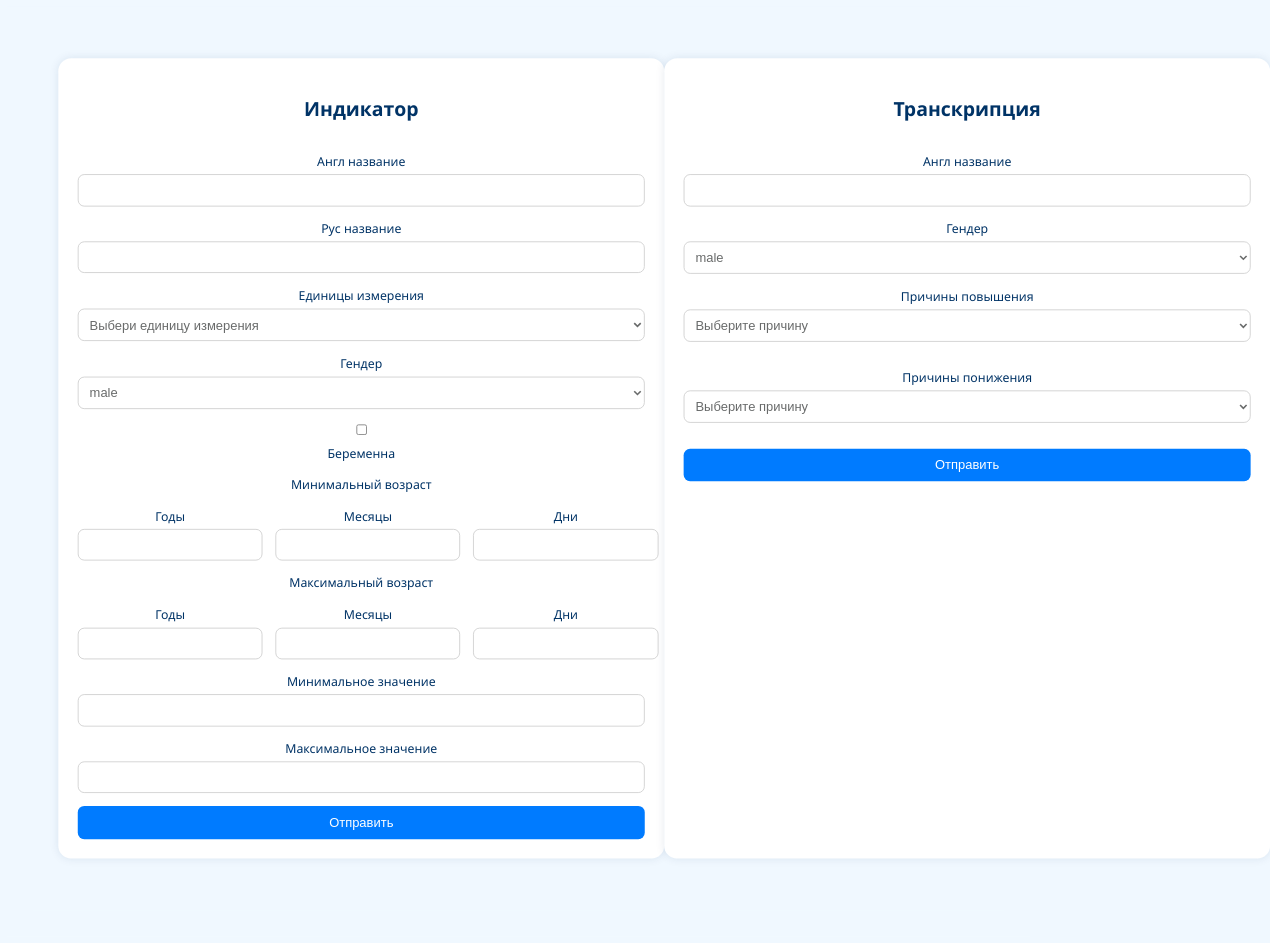
Repository: GGlebux/Transay
Page: / (app in frontend/)
The author's editor kept a copy of each file at every save. The page is drawn from the files as they stood at one save, then again after the next save.
The browser window is 1280 px wide. The page is 1568 px wide, then 1280 px, so the pictures cover 1568 px, including what lies to the right of the window. The pictures show the whole page, at 81% of full size.
The project was rebuilt for these pictures with package versions that can differ from the ones it lists, and the page was loaded fresh each time. Also part of the build but not shown: frontend/vite.config.ts.

Above is the page before, as saved 2025-08-04 16:42:22.

### frontend/src/index.css
:root {
  font-family: system-ui, Avenir, Helvetica, Arial, sans-serif;
  line-height: 1.5;
  font-weight: 400;
  background-color: #f0f8ff;
  color-scheme: light dark;
  color: rgba(255, 255, 255, 0.87);


  font-synthesis: none;
  text-rendering: optimizeLegibility;
  -webkit-font-smoothing: antialiased;
  -moz-osx-font-smoothing: grayscale;
}

input, select {
  background: #ffffff;
  color: rgb(105, 107, 107);
}

### frontend/src/App.tsx
import './styles/forms.css';
import IndicatorForm from './components/IndicatorForm';
import TranscriptForm from './components/TranscriptForm';

function App() {
  return (
    <div className="container">
      <IndicatorForm />
      <TranscriptForm />
    </div>
  );
}

export default App;

### frontend/src/styles/forms.css
#root {
  max-width: 1280px;
  margin: 0 auto;
  padding: 2rem;
  text-align: center;
  background-color: #f0f8ff;
}

.form-label {
  display: flex;
  flex-direction: column;
  font-weight: 500;
  color: #003366;
  font-size: 0.95rem;
  gap: 0.3rem;
}


.container {
  display: flex;
  padding: 2rem;
  background-color: #f0f8ff;
  color: #003366;
  font-family: 'Segoe UI', sans-serif;
}

h1 {
  text-align: center;
  margin-bottom: 2rem;
}

.form-card {
  background: white;
  min-width: 700px;
  padding: 1.5rem;
  border-radius: 1rem;
  box-shadow: 0 0 12px rgba(0, 51, 102, 0.1);
  margin-bottom: 2rem;
  display: flex;
  flex-direction: column;
  gap: 1rem;
}

input,
select {
  padding: 0.6rem;
  border: 1px solid #ccc;
  border-radius: 8px;
  font-size: 1rem;
}

button {
  background-color: #007bff;
  color: white;
  border: none;
  padding: 0.7rem 1.5rem;
  font-size: 1rem;
  border-radius: 8px;
  cursor: pointer;
  transition: background 0.3s ease;
}

button:hover {
  background-color: #0056b3;
}

.age-row {
  display: flex;
  gap: 1rem;
}

.checkbox {
  display: flex;
  align-items: center;
  gap: 0.5rem;
}

.tag-container {
  display: flex;
  flex-wrap: wrap;
  gap: 0.5rem;
}

.tag {
  background-color: #e6f0ff;
  border: 1px solid #007bff;
  color: #003366;
  padding: 0.4rem 0.8rem;
  border-radius: 20px;
  display: flex;
  align-items: center;
  gap: 0.5rem;
}

.tag button {
  background: none;
  border: none;
  font-size: 1.2rem;
  color: #007bff;
  cursor: pointer;
}

### frontend/src/components/IndicatorForm.tsx
import { useState, useEffect } from 'react';

const genders = ['male', 'female', 'both'];

function IndicatorForm() {
  const [units, setUnits] = useState<string[]>([]);

  useEffect(() => {
    // Заменить на свой API
    setUnits(['mg/L', 'mmol/L', 'g/dL']);
  }, []);

return (
  <form className="form-card">
    <h2>Индикатор</h2>

    <label className="form-label">
      Англ название
      <input type="text" />
    </label>

    <label className="form-label">
      Рус название
      <input type="text" />
    </label>

    <label className="form-label">
      Единицы измерения
      <select>
        <option>Выбери единицу измерения</option>
        {units.map((u) => (
          <option key={u}>{u}</option>
        ))}
      </select>
    </label>

    <label className="form-label">
      Гендер
      <select>
        {genders.map((g) => (
          <option key={g} value={g}>
            {g}
          </option>
        ))}
      </select>
    </label>

    <label className="form-label checkbox">
      <input type="checkbox" />
      Беременна
    </label>

    <label className="form-label">Минимальный возраст</label>
    <div className="age-row">
      <label className="form-label">Годы<input type="number" /></label>
      <label className="form-label">Месяцы<input type="number" /></label>
      <label className="form-label">Дни<input type="number" /></label>
    </div>

    <label className="form-label">Максимальный возраст</label>
    <div className="age-row">
      <label className="form-label">Годы<input type="number" /></label>
      <label className="form-label">Месяцы<input type="number" /></label>
      <label className="form-label">Дни<input type="number" /></label>
    </div>

    <label className="form-label">
      Минимальное значение
      <input type="number" step="0.0001" />
    </label>

    <label className="form-label">
      Максимальное значение
      <input type="number" step="0.0001" />
    </label>

    <button type="submit">Отправить</button>
  </form>
);
}

export default IndicatorForm;

### frontend/src/components/TranscriptForm.tsx
import { useState } from 'react';

const genders = ['male', 'female', 'both'];
const exampleReasons = ['Стресс', 'Инфекция', 'Беременность', 'Физнагрузка'];

function TranscriptForm() {
  const [raiseReasons, setRaiseReasons] = useState<string[]>([]);
  const [lowerReasons, setLowerReasons] = useState<string[]>([]);

  const handleSelect = (type: 'raise' | 'lower', value: string) => {
    const set = type === 'raise' ? setRaiseReasons : setLowerReasons;
    const current = type === 'raise' ? raiseReasons : lowerReasons;
    if (!current.includes(value)) set([...current, value]);
  };

  const handleRemove = (type: 'raise' | 'lower', value: string) => {
    const set = type === 'raise' ? setRaiseReasons : setLowerReasons;
    const current = type === 'raise' ? raiseReasons : lowerReasons;
    set(current.filter((r) => r !== value));
  };

 return (
  <form className="form-card">
    <h2>Транскрипция</h2>

    <label className="form-label">
      Англ название
      <input type="text" />
    </label>

    <label className="form-label">
      Гендер
      <select>
        {genders.map((g) => (
          <option key={g} value={g}>
            {g}
          </option>
        ))}
      </select>
    </label>

    <label className="form-label">
      Причины повышения
      <select onChange={(e) => handleSelect('raise', e.target.value)}>
        <option>Выберите причину</option>
        {exampleReasons.map((r) => (
          <option key={r}>{r}</option>
        ))}
      </select>
    </label>

    <div className="tag-container">
      {raiseReasons.map((r) => (
        <span key={r} className="tag">
          {r}
          <button type="button" onClick={() => handleRemove('raise', r)}>
            ×
          </button>
        </span>
      ))}
    </div>

    <label className="form-label">
      Причины понижения
      <select onChange={(e) => handleSelect('lower', e.target.value)}>
        <option>Выберите причину</option>
        {exampleReasons.map((r) => (
          <option key={r}>{r}</option>
        ))}
      </select>
    </label>

    <div className="tag-container">
      {lowerReasons.map((r) => (
        <span key={r} className="tag">
          {r}
          <button type="button" onClick={() => handleRemove('lower', r)}>
            ×
          </button>
        </span>
      ))}
    </div>

    <button type="submit">Отправить</button>
  </form>
);
}

export default TranscriptForm;

Loaded but not shown: frontend/index.html (common file); frontend/src/main.tsx (common file)

After the next save:
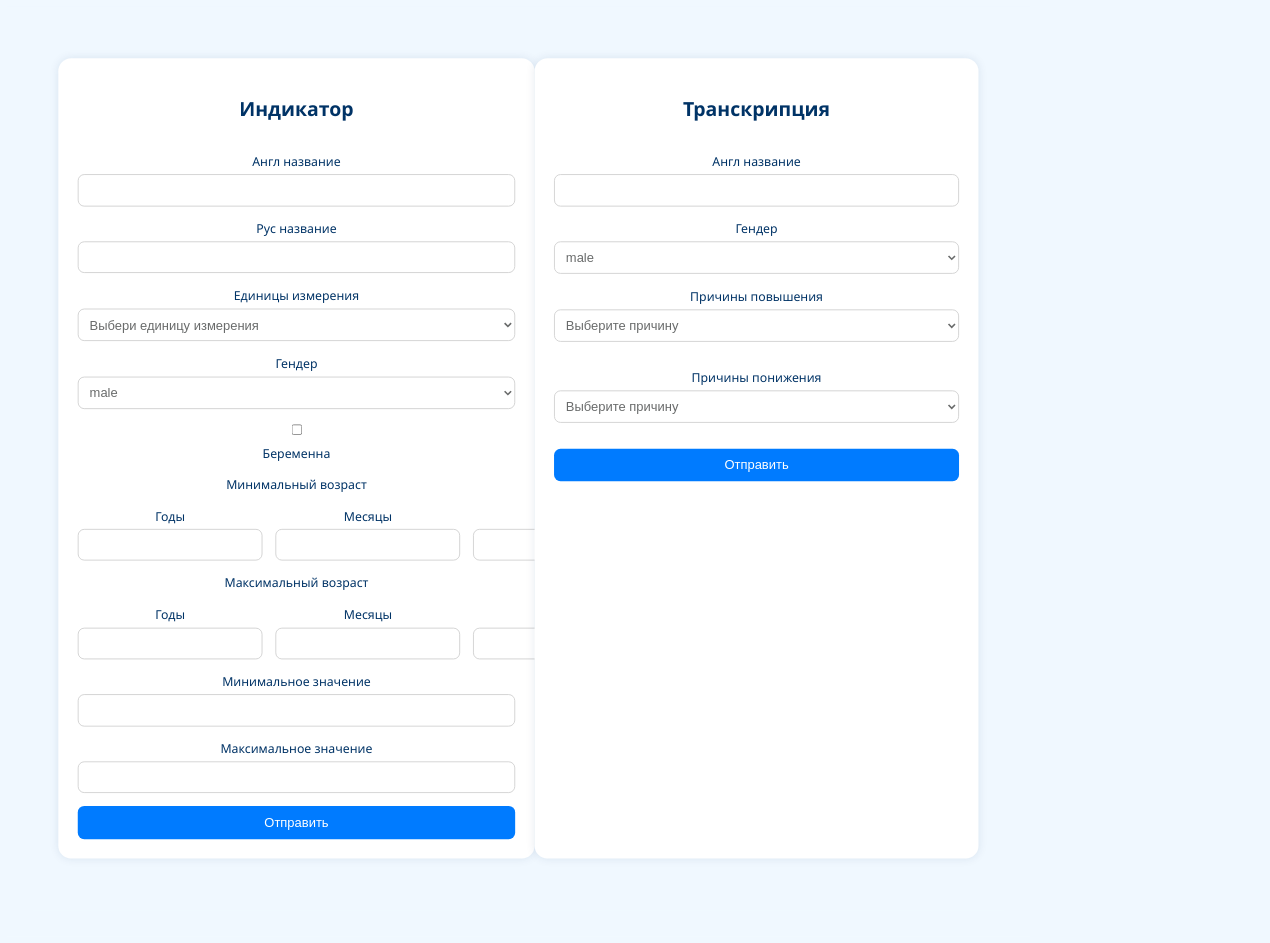
Saved 8 s later.
--- a/frontend/src/styles/forms.css
+++ b/frontend/src/styles/forms.css
@@ -31,7 +31,7 @@ h1 {
 
 .form-card {
   background: white;
-  min-width: 700px;
+  min-width: 500px;
   padding: 1.5rem;
   border-radius: 1rem;
   box-shadow: 0 0 12px rgba(0, 51, 102, 0.1);
